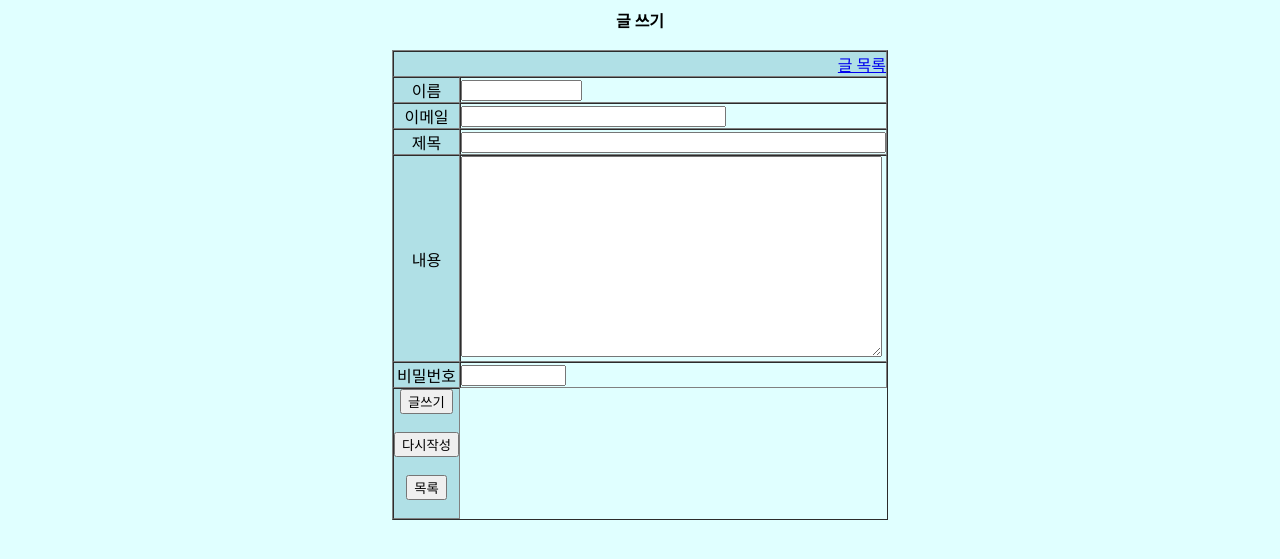
Repository: YEUMSEHWAN/JSP-Study
Page: http://localhost/ServletProjet/boardone/writeForm.jsp
The author's editor kept a copy of each file at every save. The page is drawn from the files as they stood at one save, then again after the next save.
The browser window is 1280 px wide. The pictures show the whole page.
The page is served by Tomcat 9.

Above is the page before, as saved 2022-08-16 07:15:35.

After the next save:
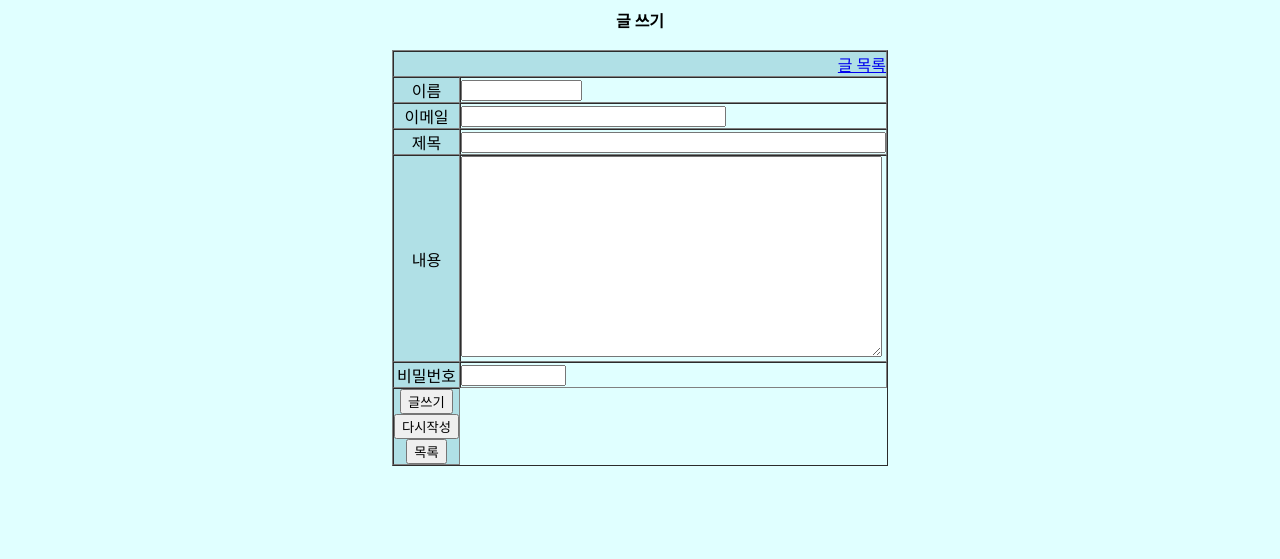
Saved 42 s later.
--- a/ServletProjet/src/main/webapp/boardone/writeForm.jsp
+++ b/ServletProjet/src/main/webapp/boardone/writeForm.jsp
@@ -60,9 +60,9 @@
 
 <tr>
 <td colsan = "2" bgcolor = "<%=value_c%>" align = "center">
-<input type = "submit" value = "글쓰기"><br><br>
-<input type = "reset" value = "다시작성"><br><br>
-<input type = "button" value = "목록" onclick = "window.location='list.jsp'"><br><br>
+<input type = "submit" value = "글쓰기">
+<input type = "reset" value = "다시작성">
+<input type = "button" value = "목록" onclick = "window.location='list.jsp'">
 </td>
 </tr>
 </table>
